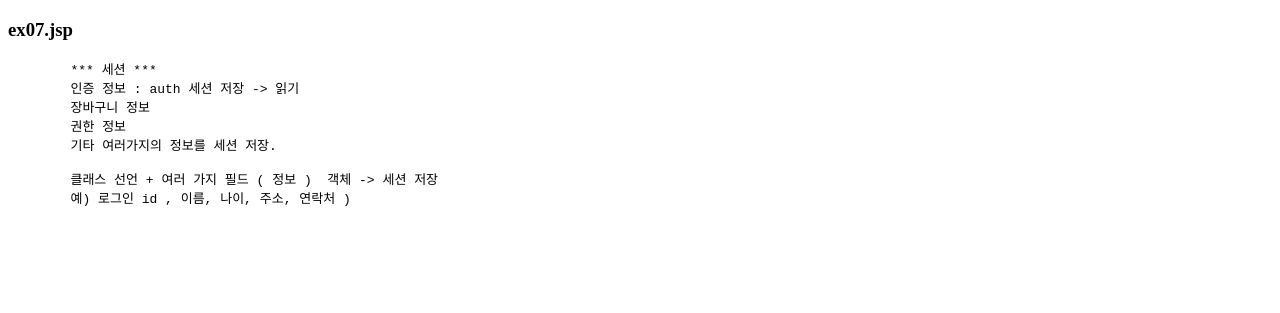
Repository: JavaYoo/kakao-emoticon-web-clone
Page: http://localhost/jspPro/days07/ex07.jsp
These files come from the project's save history. The page is drawn as it stood at one moment and after the next save; the edit follows.
The browser window is 1280 px wide. The pictures show the whole page.
The page is served by Tomcat 9.

Above is the page before, as saved 2022-06-22 05:42:11.

After the next save:
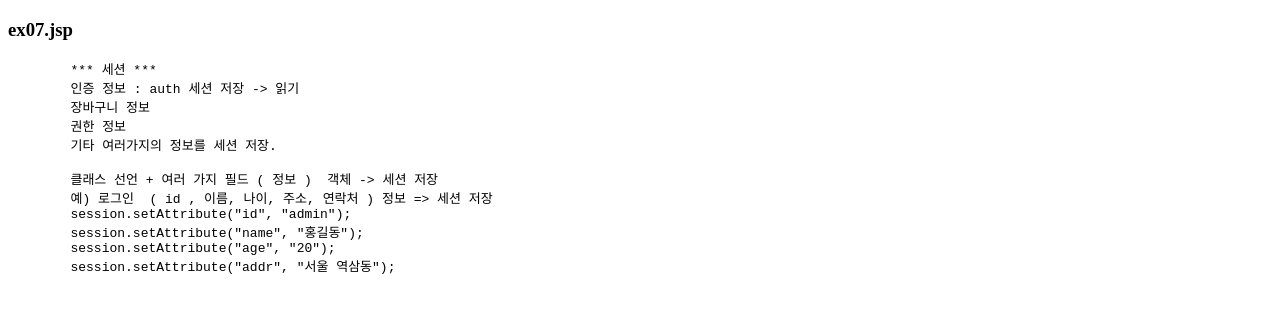
Saved 69 s later.
--- a/jspPro/src/main/webapp/days07/ex07.jsp
+++ b/jspPro/src/main/webapp/days07/ex07.jsp
@@ -21,7 +21,12 @@
 	기타 여러가지의 정보를 세션 저장.
 
 	클래스 선언 + 여러 가지 필드 ( 정보 )  객체 -> 세션 저장
-	예) 로그인 id , 이름, 나이, 주소, 연락처 )
+	예) 로그인  ( id , 이름, 나이, 주소, 연락처 ) 정보 => 세션 저장
+	session.setAttribute("id", "admin");
+	session.setAttribute("name", "홍길동");
+	session.setAttribute("age", "20");
+	session.setAttribute("addr", "서울 역삼동");
+
 </pre>
 
 </body>
